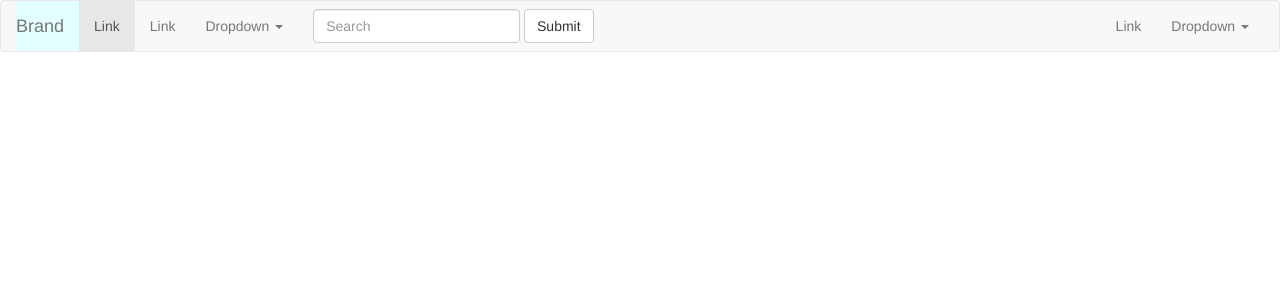
Repository: sajalsinghal7/Recruitment
Page: navbar_trial.html
The author's editor kept a record of every edit. The page is drawn from the files as they stood at one moment, then again after the next edit.
The browser window is 1280 px wide. The pictures show the whole page.

Above is the page before.

After the next edit:
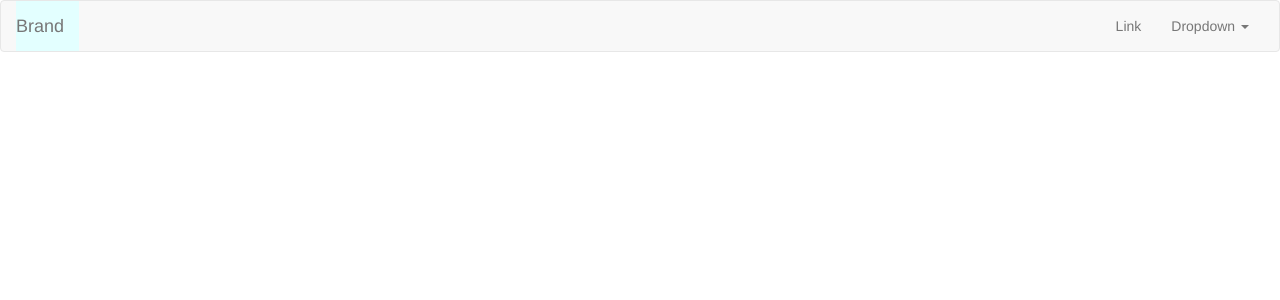
The edit:
--- a/navbar_trial.html
+++ b/navbar_trial.html
@@ -44,28 +44,6 @@
 
     <!-- Collect the nav links, forms, and other content for toggling -->
     <div class="collapse navbar-collapse" id="bs-example-navbar-collapse-1">
-      <ul class="nav navbar-nav">
-        <li class="active"><a href="#">Link <span class="sr-only">(current)</span></a></li>
-        <li><a href="#">Link</a></li>
-        <li class="dropdown">
-          <a href="#" class="dropdown-toggle" data-toggle="dropdown" role="button" aria-haspopup="true" aria-expanded="false">Dropdown <span class="caret"></span></a>
-          <ul class="dropdown-menu">
-            <li><a href="#">Action</a></li>
-            <li><a href="#">Another action</a></li>
-            <li><a href="#">Something else here</a></li>
-            <li role="separator" class="divider"></li>
-            <li><a href="#">Separated link</a></li>
-            <li role="separator" class="divider"></li>
-            <li><a href="#">One more separated link</a></li>
-          </ul>
-        </li>
-      </ul>
-      <form class="navbar-form navbar-left">
-        <div class="form-group">
-          <input type="text" class="form-control" placeholder="Search">
-        </div>
-        <button type="submit" class="btn btn-default">Submit</button>
-      </form>
       <ul class="nav navbar-nav navbar-right">
         <li><a href="#">Link</a></li>
         <li class="dropdown">
